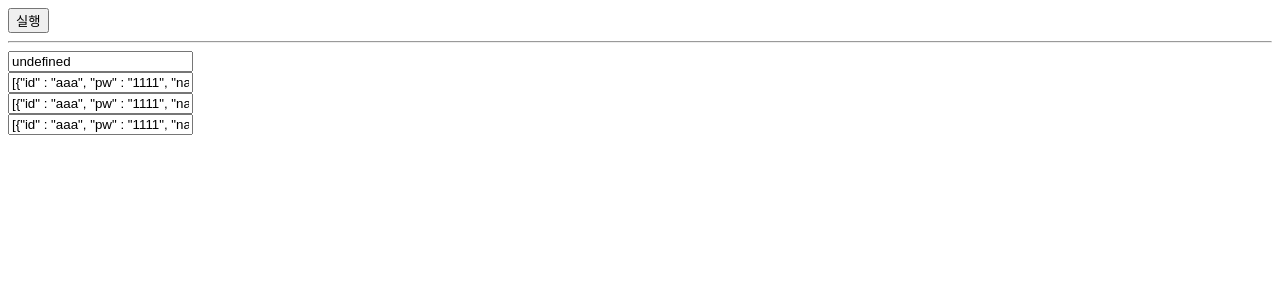
Repository: jinseon5462/Study_Jsp2
Page: http://localhost/ajax_crud/listView.jsp
An editor plug-in stored every save of this project. The page is shown before and after the next save, followed by the edit.
The browser window is 1280 px wide. The pictures show the whole page.
After loading, the first visible `#btn` was clicked once.
The page is served by Tomcat 9.

Above is the page before, as saved 2023-01-03 12:04:33.

After the next save:
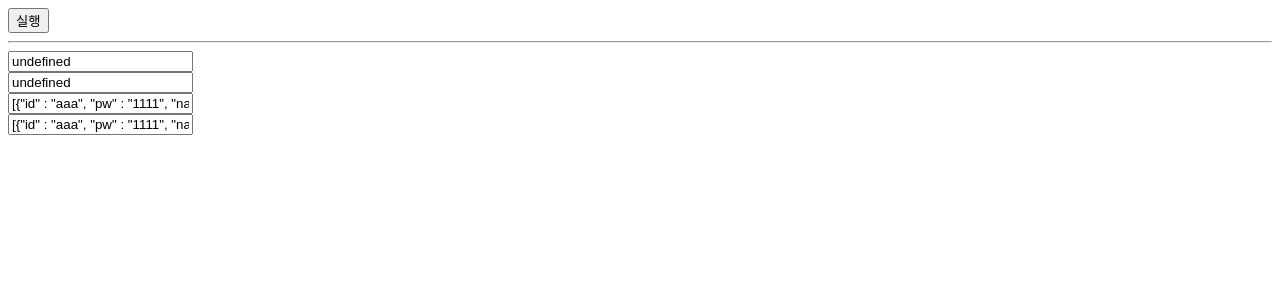
Saved 10 s later.
--- a/jsp_ws/ajax_crud/src/main/webapp/listView.jsp
+++ b/jsp_ws/ajax_crud/src/main/webapp/listView.jsp
@@ -25,7 +25,7 @@
 			let obj = JSON.parse(jsonStr);
 
 			document.getElementById("id").value = obj.id;
-			document.getElementById("pw").value = this.responseText;
+			document.getElementById("pw").value = obj.pw;
 			document.getElementById("name").value = this.responseText;
 			document.getElementById("tel").value = this.responseText;
 		}
